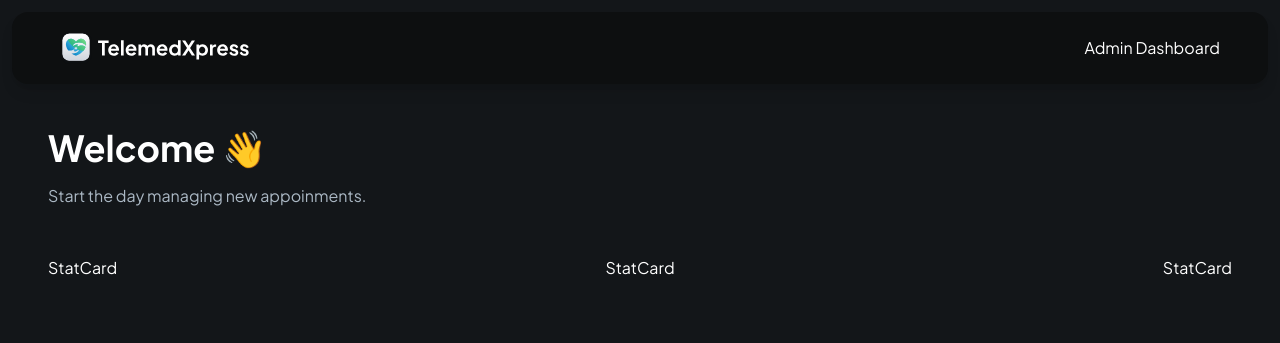
Repository: Carlito-Pedida/telemed
Page: /admin
The author's editor kept a copy of each file at every save. The page is drawn from the files as they stood at one save, then again after the next save.
The browser window is 1280 px wide. The pictures show the whole page.
The project was rebuilt for these pictures with package versions that can differ from the ones it lists, and the page was loaded fresh each time. The framework's server and built-in components were replaced by stand-ins that run in the browser. Also part of the build but not shown: next.config.mjs.

Above is the page before, as saved 2024-11-08 16:11:16.

After the next save:
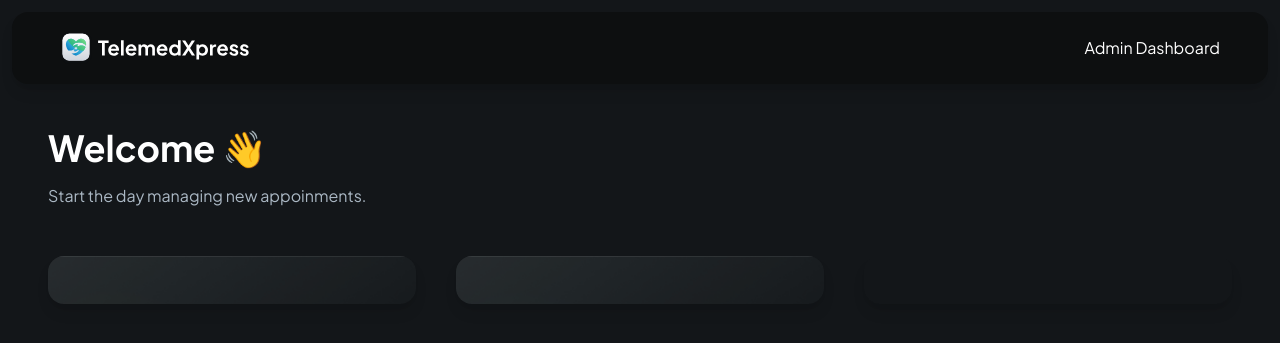
Saved 2 min 49 s later.
--- a/components/StatCard.tsx
+++ b/components/StatCard.tsx
@@ -1,14 +1,23 @@
+import clsx from "clsx";
 import React from "react";
 
 interface StatCardProps {
-  type: "appointments" | "pending" | "cancelled";
+  type: "appointments" | "pending" | "canceled";
   count: number;
   label: string;
   icon: string;
 }
 
 const StatCard = ({ count = 0, label, icon, type }: StatCardProps) => {
-  return <div>StatCard</div>;
+  return (
+    <div
+      className={clsx("stat-card", {
+        "bg-appointments": type === "appointments",
+        "bg-pending": type === "pending",
+        "bg-canceled": type === "canceled"
+      })}
+    ></div>
+  );
 };
 
 export default StatCard;
